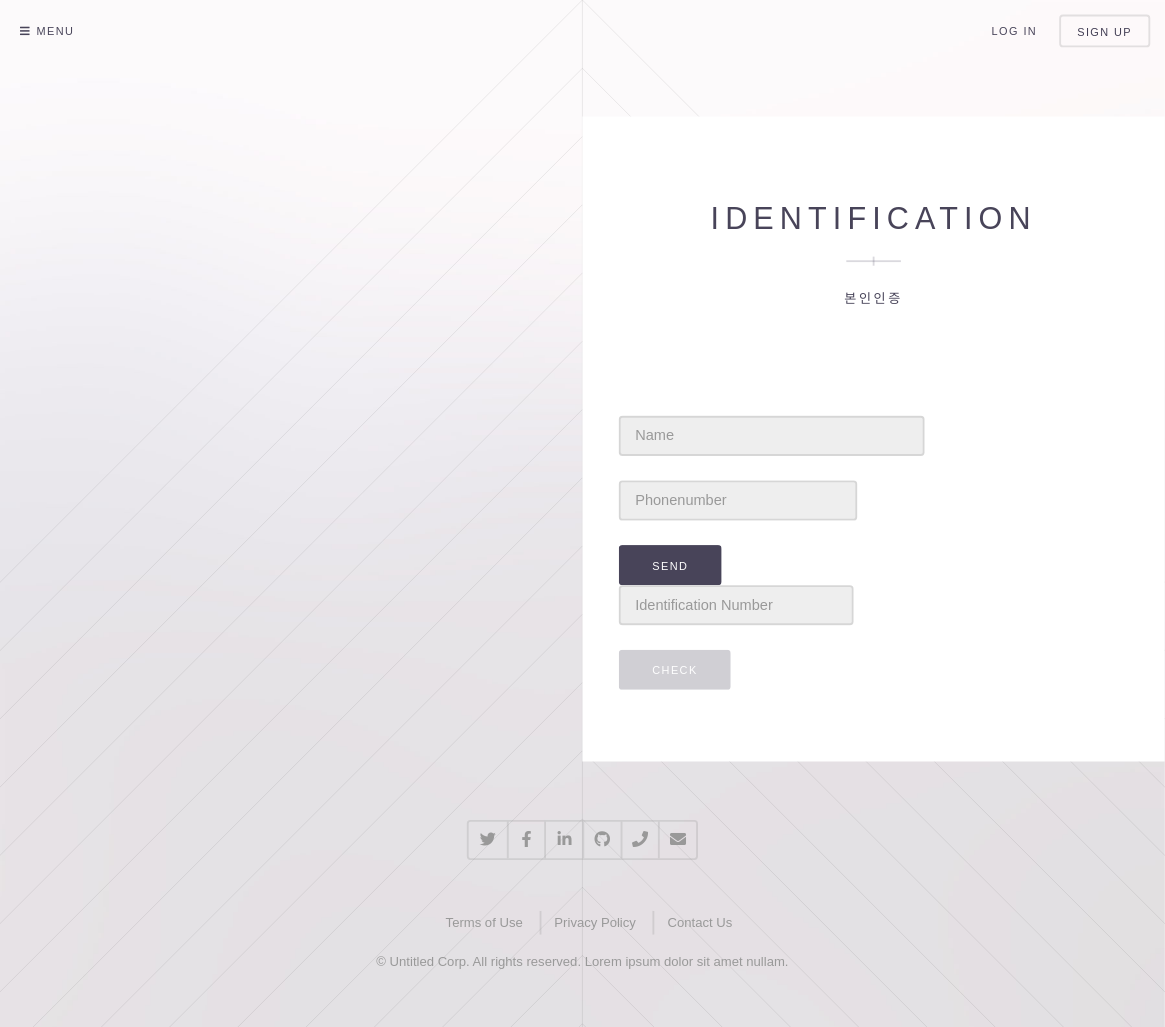
Repository: WKMoon/JavaScript-Project
Page: myFront/WebContent/identification.html
The author's editor kept a copy of each file at every save. The page is drawn from the files as they stood at one save, then again after the next save.
The browser window is 1280 px wide. The pictures show the whole page, at 91% of full size.
Some web fonts or font styles are not loaded; a fallback is used.

Above is the page before, as saved 2021-03-01 23:50:22.

### myFront/WebContent/identification.html
<!DOCTYPE html>
<html>
<head>
<meta charset="UTF-8">
<meta name="viewport" content="width=device-width, initial-scale=1, user-scalable=no" />
<link rel="stylesheet" href="assets/css/main.css" />
<title>Identification</title>
</head>
	<body class="is-preload">

		<!-- Header -->
			<header id="header">
				<a href="#menu">Menu</a>
				<a href="login.html">Log In</a>
				<a href="signup.html" class="button">Sign Up</a>
			</header>

		<!-- Nav -->
			<nav id="menu">
				<ul class="links">
					<li><a href="index.html">Home</a></li>
<!-- 					<li><a href="generic.html">Generic</a></li>
					<li><a href="elements.html">Elements</a></li> -->
				</ul>
				<ul class="actions stacked">
					<li><a href="login.html" class="button primary fit">Log In</a></li>
					<li><a href="signup.html" class="button fit">Sign Up</a></li>
				</ul>
			</nav>


		<!-- Main -->
			<section id="main" class="wrapper style1" style="padding-left:50%;">
				<div class="inner">

					<!-- Title -->
						<header class="major special">
							<h1>Identification</h1>
							<p>본인인증</p>
						</header>

					<!-- Content -->
						<div class="content">
							<form method="post" action="#">
											<div>
												<div class="col-6 col-12-xsmall" style="width:60%;">
													<input type="text" name="name" id="name" value="" placeholder="Name"/>
												</div>
												<div class="col-6 col-12-xsmall" style="width:65%;">
													<input type="password" name="pn" id="pn" value="" placeholder="Phonenumber" style="width:72%; display:inline"/>
													<input type="button" value="Send" class="primary" style="margin:0 0 0 0;"/>
												</div>

												<div class="col-6 col-12-xsmall" style="width:64%;">
													<input type="password" name="pn" id="pn" value="" placeholder="Identification Number" style="width:72%; display:inline"/>
													<input type="button" value="Check" class="primary" disabled style="margin:0 0 0 0;"/>
												</div>

												<!-- Break -->

												<!-- Break -->

											</div>
										</form>
						</div>


				</div>

			</section>

		<!-- Footer -->
			<footer id="footer">
				<ul class="alt-icons">
					<li><a href="#" class="icon brands fa-twitter"><span class="label">Twitter</span></a></li>
					<li><a href="#" class="icon brands fa-facebook-f"><span class="label">Facebook</span></a></li>
					<li><a href="#" class="icon brands fa-linkedin-in"><span class="label">LinkedIn</span></a></li>
					<li><a href="#" class="icon brands fa-github"><span class="label">GitHub</span></a></li>
					<li><a href="#" class="icon solid fa-phone"><span class="label">Phone</span></a></li>
					<li><a href="#" class="icon solid fa-envelope"><span class="label">Email</span></a></li>
				</ul>
				<ul class="menu">
					<li><a href="#">Terms of Use</a></li>
					<li><a href="#">Privacy Policy</a></li>
					<li><a href="#">Contact Us</a></li>
				</ul>
				<p class="copyright">
					&copy; Untitled Corp. All rights reserved. Lorem ipsum dolor sit amet nullam.
				</p>
			</footer>

		<!-- Scripts -->
			<script src="assets/js/jquery.min.js"></script>
			<script src="assets/js/jquery.scrolly.min.js"></script>
			<script src="assets/js/jquery.scrollex.min.js"></script>
			<script src="assets/js/browser.min.js"></script>
			<script src="assets/js/breakpoints.min.js"></script>
			<script src="assets/js/util.js"></script>
			<script src="assets/js/main.js"></script>

	</body>
</html>

Loaded but not shown: myFront/WebContent/assets/js/jquery.min.js (library); myFront/WebContent/assets/js/jquery.scrolly.min.js (common file); myFront/WebContent/assets/js/jquery.scrollex.min.js (common file); myFront/WebContent/assets/js/browser.min.js (common file); myFront/WebContent/assets/js/breakpoints.min.js (common file); myFront/WebContent/assets/css/fontawesome-all.min.css (library); myFront/WebContent/assets/js/util.js (587 lines, source omitted); myFront/WebContent/assets/js/main.js (57 lines, source omitted); myFront/WebContent/assets/css/main.css (4487 lines, source omitted)

After the next save:
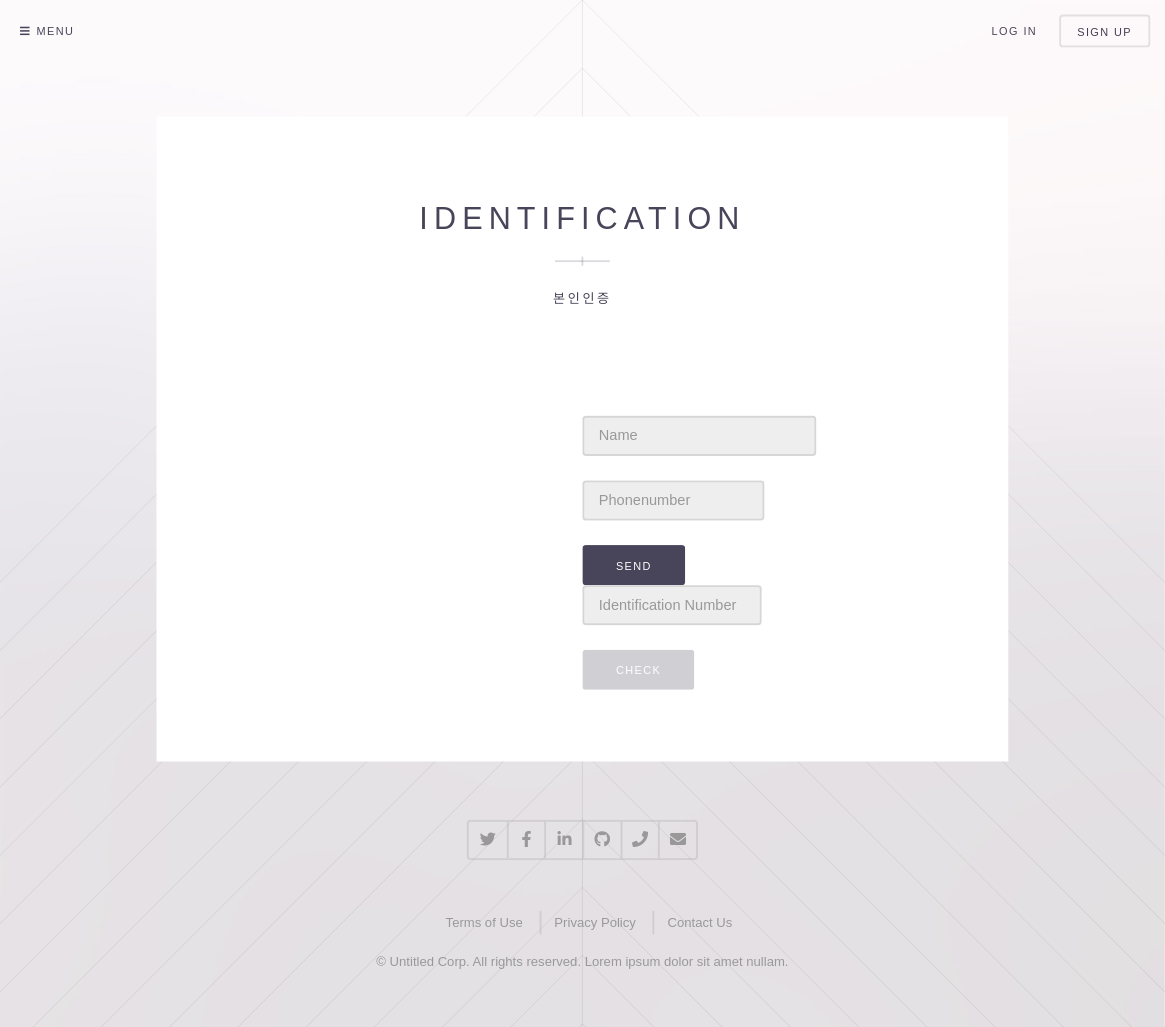
Saved 10 s later.
--- a/myFront/WebContent/identification.html
+++ b/myFront/WebContent/identification.html
@@ -30,7 +30,7 @@
 
 
 		<!-- Main -->
-			<section id="main" class="wrapper style1" style="padding-left:50%;">
+			<section id="main" class="wrapper style1">
 				<div class="inner">
 
 					<!-- Title -->
@@ -40,7 +40,7 @@
 						</header>
 
 					<!-- Content -->
-						<div class="content">
+						<div class="content" style="padding-left:50%;">
 							<form method="post" action="#">
 											<div>
 												<div class="col-6 col-12-xsmall" style="width:60%;">
